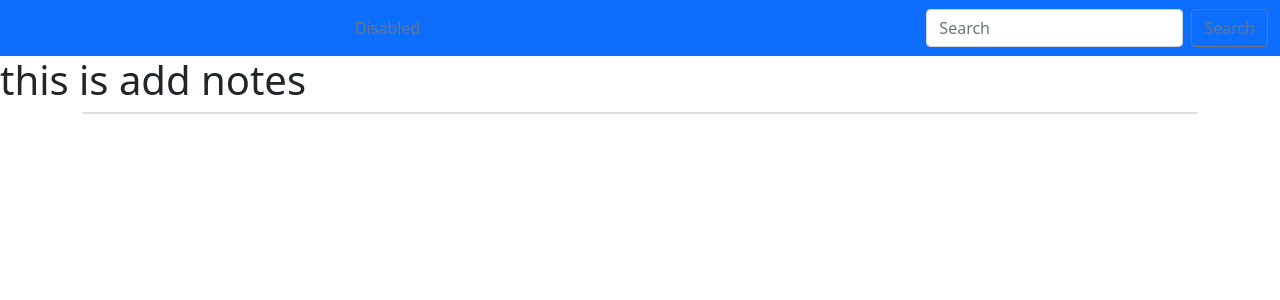
Repository: Shubham-Kumar-cmd/Hibernate
Page: http://localhost/NoteTakerApp/addNotes.jsp
An editor plug-in stored every save of this project. The page is shown before and after the next save, followed by the edit.
The browser window is 1280 px wide. The pictures show the whole page.
The page is served by Tomcat 9. Other server files are loaded and not shown.

Above is the page before, as saved 2023-02-07 12:22:32.

### NoteTakerApp/src/main/webapp/addNotes.jsp
<%@ page language="java" contentType="text/html; charset=ISO-8859-1"
    pageEncoding="ISO-8859-1"%>
    <%@include file="header.jsp" %>
<!DOCTYPE html>
<html>
<head>
<meta charset="ISO-8859-1">
<link
	href="https://cdn.jsdelivr.net/npm/bootstrap@5.0.2/dist/css/bootstrap.min.css"
	rel="stylesheet"
	integrity="sha384-EVSTQN3/azprG1Anm3QDgpJLIm9Nao0Yz1ztcQTwFspd3yD65VohhpuuCOmLASjC"
	crossorigin="anonymous">
<title>Add Notes</title>
</head>
<body>
<h1>this is add notes</h1>
<div class="container">
	<div class="card">

	</div>
</div>
</body>
</html>

### NoteTakerApp/src/main/webapp/header.jsp
<%@ page language="java" contentType="text/html; charset=ISO-8859-1"
	pageEncoding="ISO-8859-1"%>
<!DOCTYPE html>
<html>
<head>
<meta charset="ISO-8859-1">
<link
	href="https://cdn.jsdelivr.net/npm/bootstrap@5.0.2/dist/css/bootstrap.min.css"
	rel="stylesheet"
	integrity="sha384-EVSTQN3/azprG1Anm3QDgpJLIm9Nao0Yz1ztcQTwFspd3yD65VohhpuuCOmLASjC"
	crossorigin="anonymous">
<title>Header</title>
</head>
<body>
	<nav class="navbar navbar-expand-lg navbar-primary bg-primary">
		<div class="container-fluid">
			<a class="navbar-brand" href="#">NoteTaker</a>

			<div class="collapse navbar-collapse" id="navbarSupportedContent">
				<ul class="navbar-nav me-auto mb-2 mb-lg-0 text-white">
					<li class="nav-item"><a class="nav-link active"
						aria-current="page" href="showAllNotes.jsp">Show All Notes</a></li>
					<li class="nav-item"><a class="nav-link" href="addNotes.jsp">Add Notes</a></li>

					<li class="nav-item"><a class="nav-link disabled" href="#"
						tabindex="-1" aria-disabled="false">Disabled</a></li>
				</ul>
				<form class="d-flex">
					<input class="form-control me-2" type="search" placeholder="Search"
						aria-label="Search">
					<button class="btn btn-outline-secondary" type="submit">Search</button>
				</form>
			</div>
		</div>
	</nav>
</body>
</html>

After the next save:
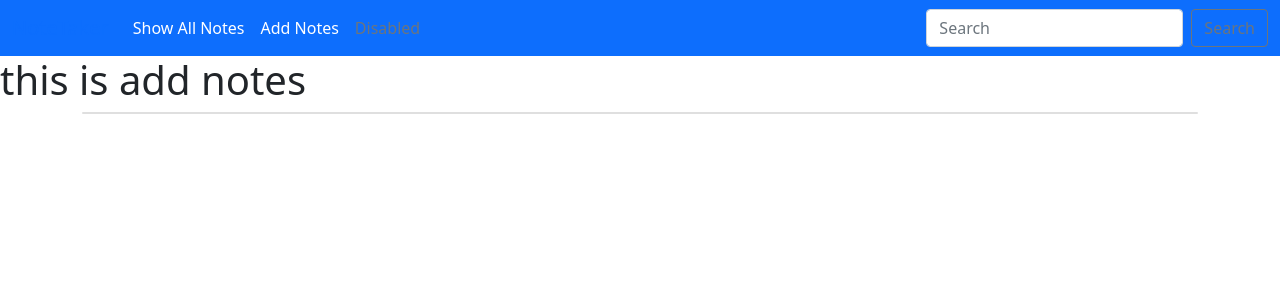
Saved 74 s later.
--- a/NoteTakerApp/src/main/webapp/header.jsp
+++ b/NoteTakerApp/src/main/webapp/header.jsp
@@ -18,9 +18,9 @@
 
 			<div class="collapse navbar-collapse" id="navbarSupportedContent">
 				<ul class="navbar-nav me-auto mb-2 mb-lg-0 text-white">
-					<li class="nav-item"><a class="nav-link active"
+					<li class="nav-item text-white"><a class="nav-link active text-white"
 						aria-current="page" href="showAllNotes.jsp">Show All Notes</a></li>
-					<li class="nav-item"><a class="nav-link" href="addNotes.jsp">Add Notes</a></li>
+					<li class="nav-item text-white"><a class="nav-link text-white" href="addNotes.jsp">Add Notes</a></li>
 
 					<li class="nav-item"><a class="nav-link disabled" href="#"
 						tabindex="-1" aria-disabled="false">Disabled</a></li>
